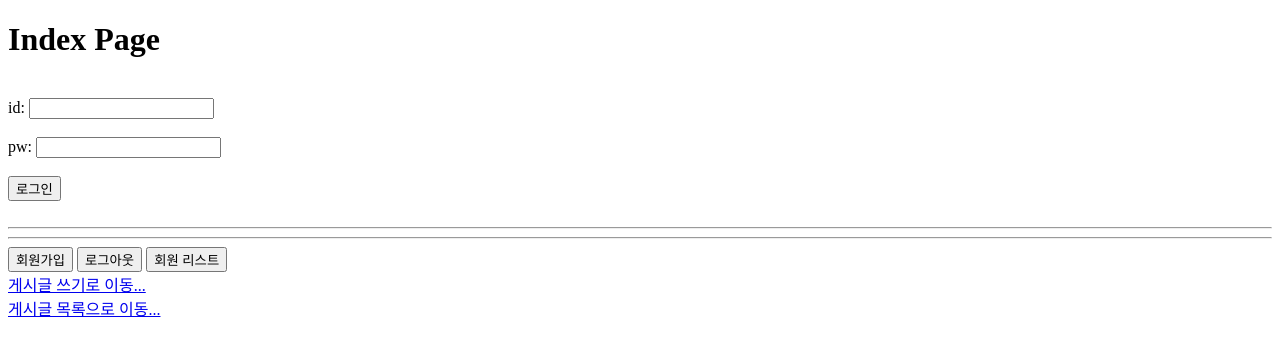
Repository: dfhdfhdfsza/myjsp
Page: http://localhost/_myjsp/
An editor plug-in stored every save of this project. The page is shown before and after the next save, followed by the edit.
The browser window is 1280 px wide. The pictures show the whole page.
The page is served by Tomcat 9. Other server files are loaded and not shown. The template is opened directly, without the code that normally fills it, so the values that code supplies are empty.

Above is the page before, as saved 2023-09-22 07:14:36.

### _myjsp/src/main/webapp/index.jsp
<%@ page language="java" contentType="text/html; charset=UTF-8"
    pageEncoding="UTF-8"%>
    <%@ taglib prefix="c" uri="http://java.sun.com/jsp/jstl/core" %>
<!DOCTYPE html>
<html>
<head>
<meta charset="UTF-8">
<title>Insert title here</title>
</head>
<body>
	<h1>Index Page</h1>
	<br>
	<c:if test="${ses eq null }">
		<form action="/mem/login">
			id: <input type="text" name="id"> <br> <br>
			pw: <input type="text" name="pw"> <br> <br>
			<button type="submit">로그인</button>
		</form>
		<br> <hr>
	</c:if>


	<div>
		<c:if test="${ses ne null}">
			${ses.id}님 로그인 되었습니다. <br>
			계정생성일:${ses.regdate} <br>
			마지막로그인:${ses.last_login} <br>
		</c:if>
	</div>

	<script type="text/javascript">
		const msg_login=`<c:out value="${msg_login}"/>`;
		if(msg_login=='0')
		{
			alert("로그인 정보가 일치하지 않습니다.");
		}
	</script>
	<hr>

	<a href="/mem/register"><button>회원가입</button></a>
	<a href="/mem/logout"><button>로그아웃</button></a>
	<a href="/mem/list"><button>회원 리스트</button></a>
	<br>
	<a href="/brd/register">게시글 쓰기로 이동...</a> <br>
	<a href="/brd/list">게시글 목록으로 이동...</a> <br>
</body>
</html>

After the next save:
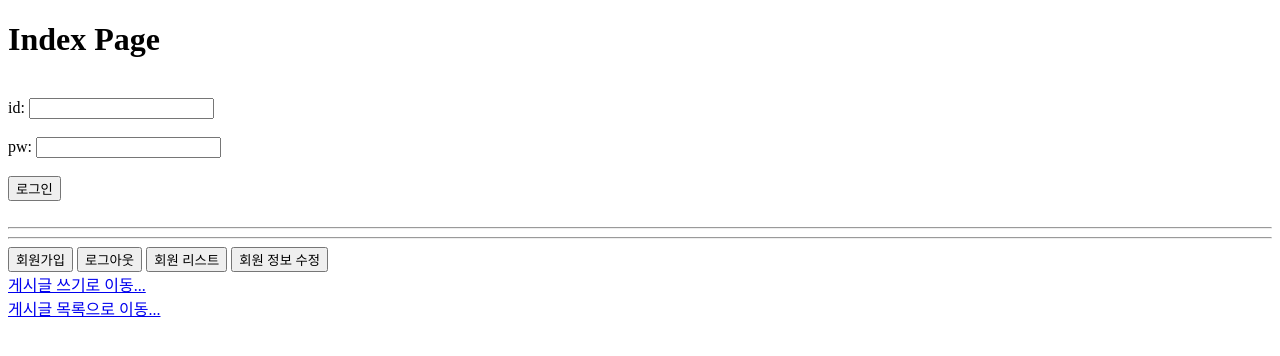
Saved 54 s later.
--- a/_myjsp/src/main/webapp/index.jsp
+++ b/_myjsp/src/main/webapp/index.jsp
@@ -40,6 +40,8 @@
 	<a href="/mem/register"><button>회원가입</button></a>
 	<a href="/mem/logout"><button>로그아웃</button></a>
 	<a href="/mem/list"><button>회원 리스트</button></a>
+	<a href="/mem/modify"><button>회원 정보 수정</button></a>
+
 	<br>
 	<a href="/brd/register">게시글 쓰기로 이동...</a> <br>
 	<a href="/brd/list">게시글 목록으로 이동...</a> <br>
